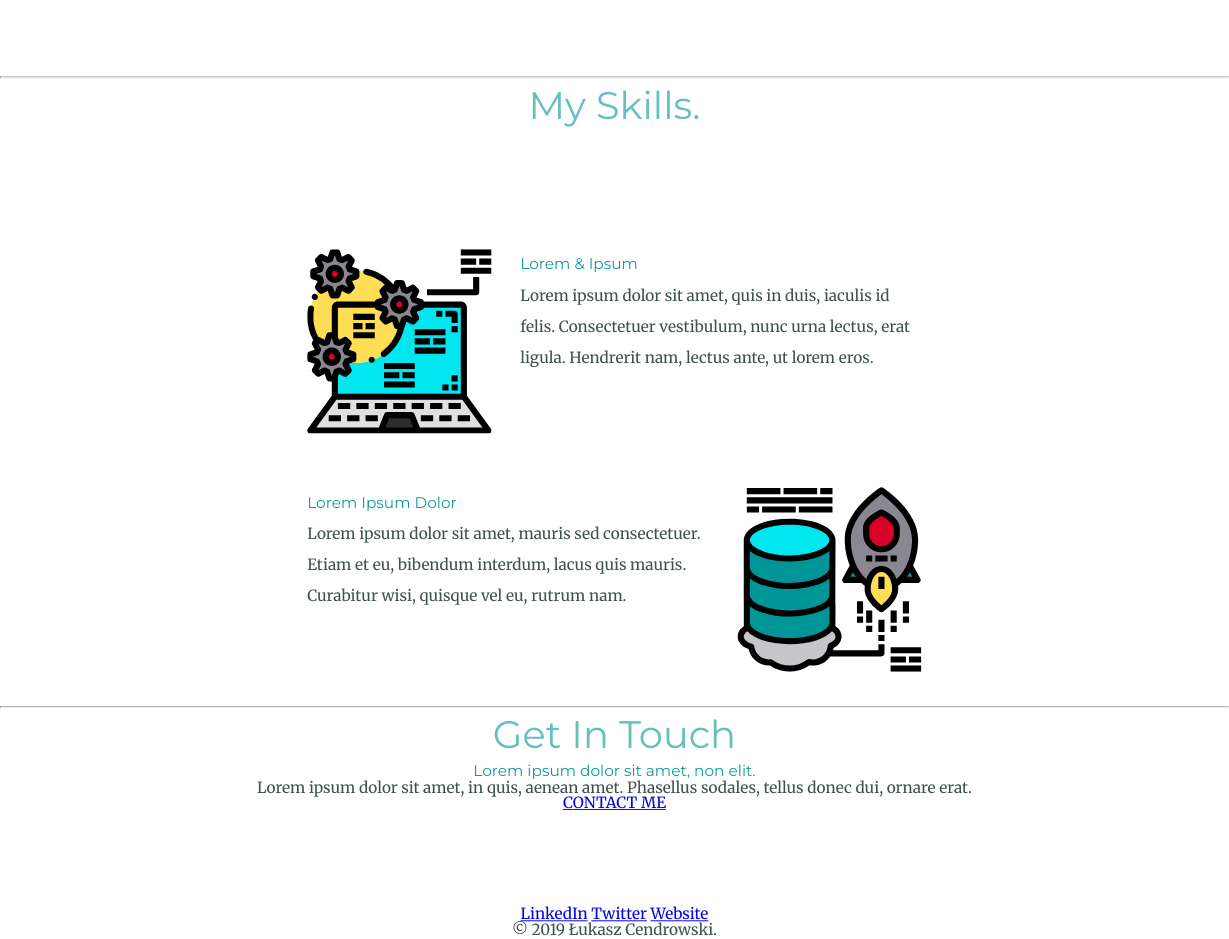
Repository: Isanderr/simple_landing_page-1
Page: index.html
An editor plug-in stored every save of this project. The page is shown before and after the next save, followed by the edit.
The browser window is 1280 px wide. The pictures show the part of the page from y = 958 to 1944 px (the page is 1936 px tall before and 1944 px after), at 96% of full size.
A picture or video elsewhere on the page could not be fetched, so the positions and the page height are approximate.

Above is the page before, as saved 2019-02-01 17:45:00.

After the next save:
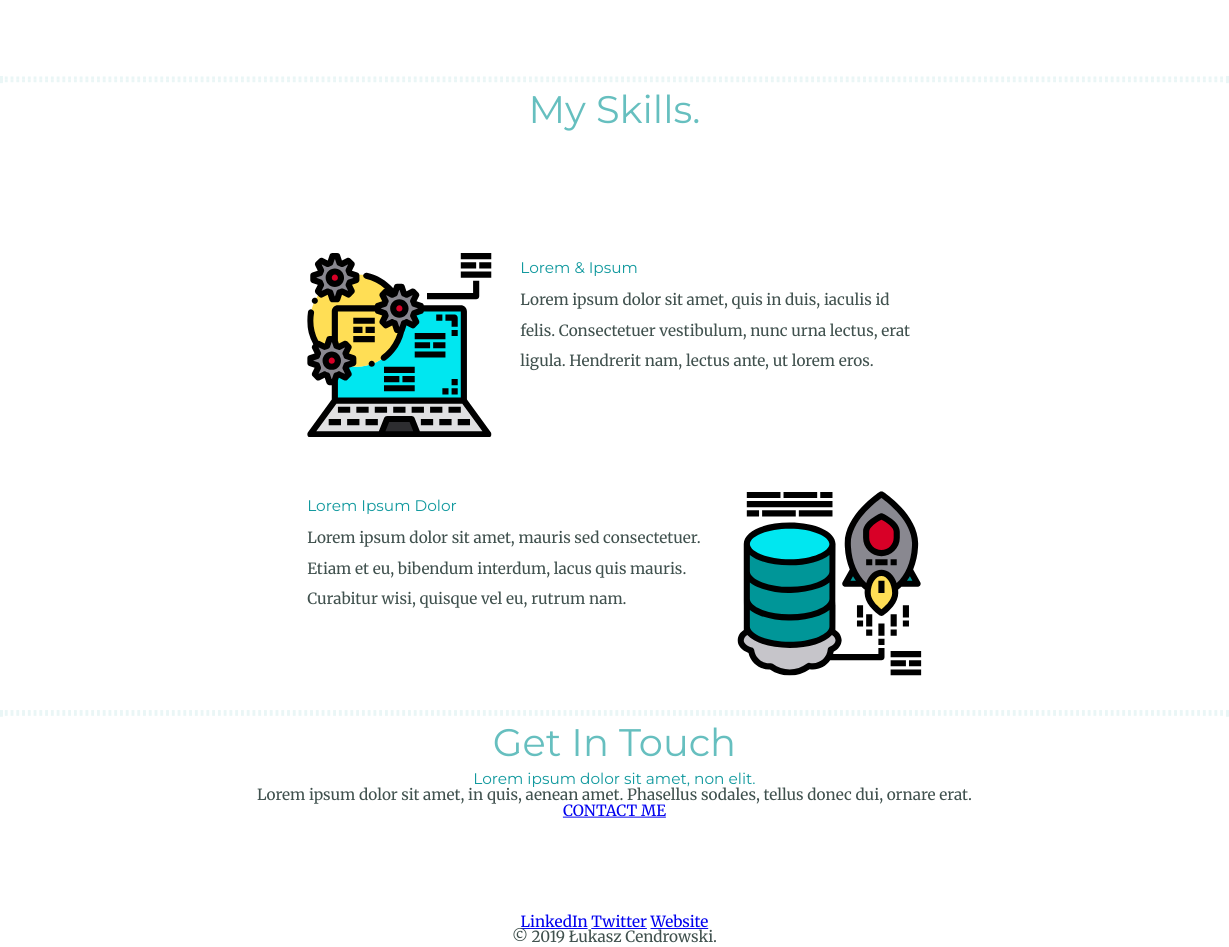
Saved 21 s later.
--- a/css/styles.css
+++ b/css/styles.css
@@ -28,7 +28,7 @@ h3 {
 }
 
 hr {
-
+    border: dotted #EAF6F6
 }
 
 
